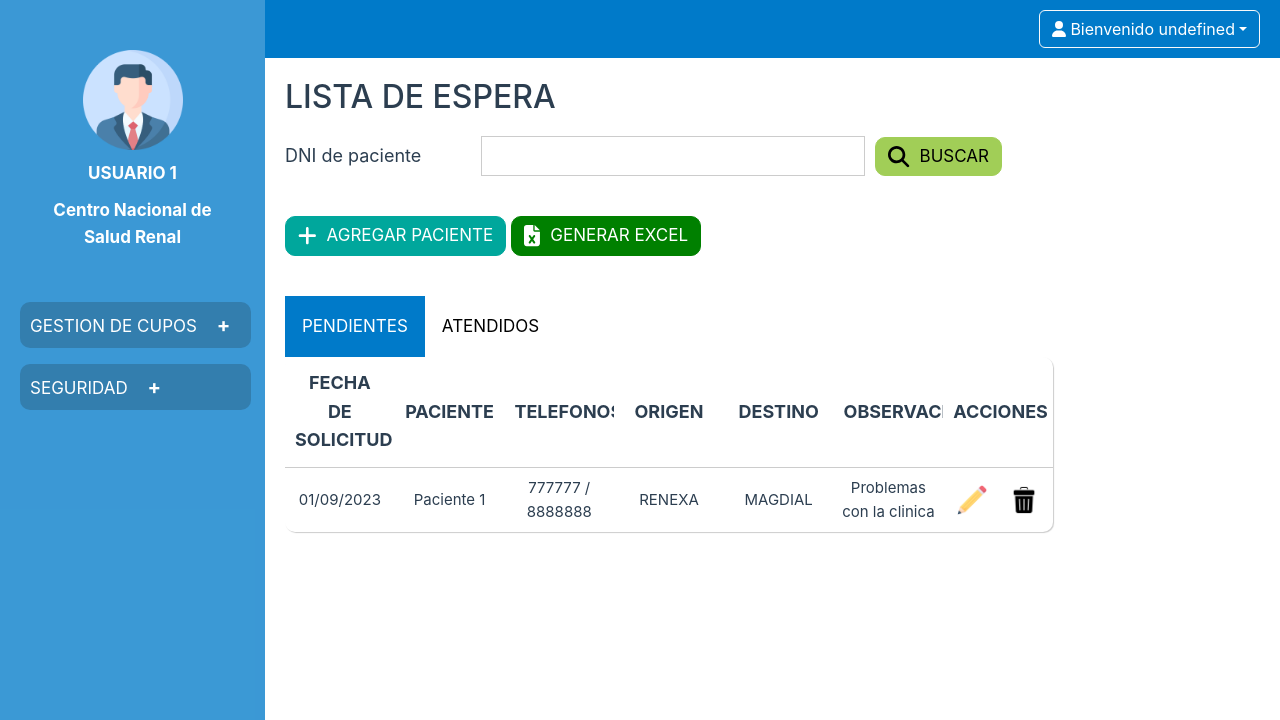
Repository: cynthiacevallos/organizadorhisar
Page: /gestion/cupos/listaespera
An editor plug-in stored every save of this project. The page is shown before and after the next save, followed by the edit.
The browser window is 1280 px wide. The pictures show the whole page.
Some web libraries are served in a nearby version. The project was rebuilt for these pictures with package versions that can differ from the ones it lists, and the page was loaded fresh each time. Also part of the build but not shown: vite.config.js, vue.config.js.

Above is the page before, as saved 2023-09-06 09:35:37.

After the next save:
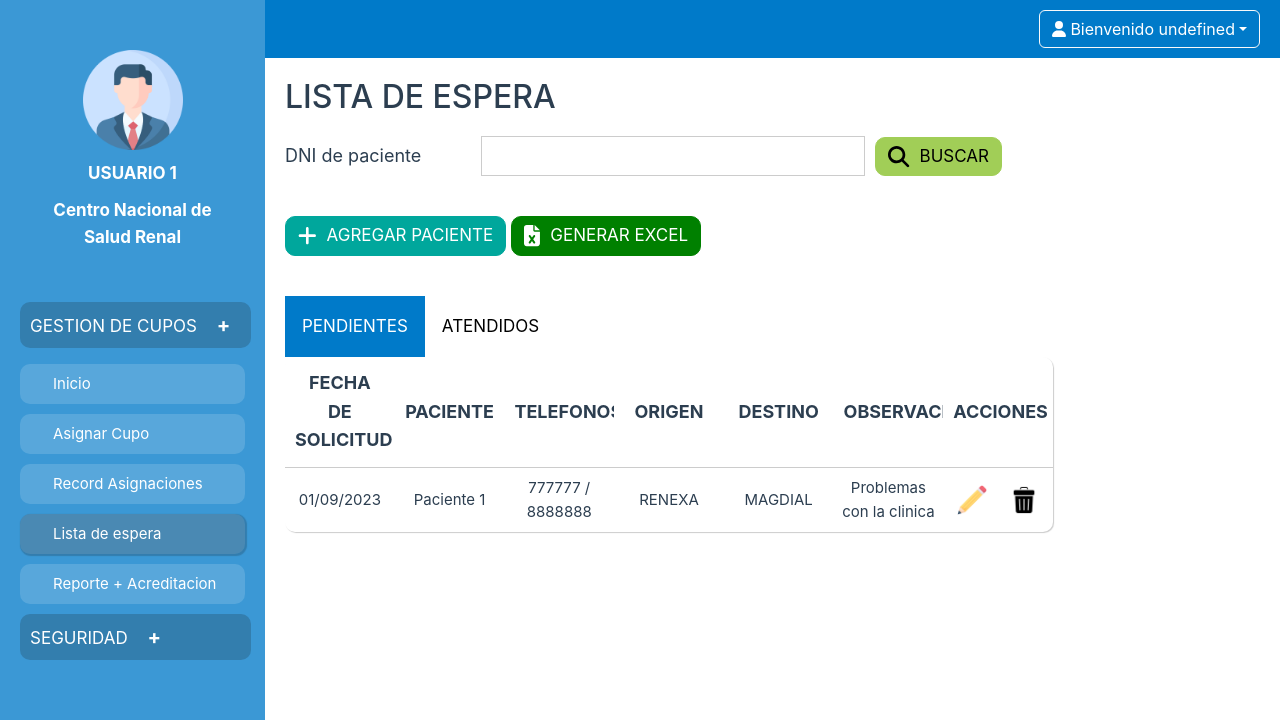
Saved 16 s later.
--- a/src/views/GestionCupos/ListaEsperaH.vue
+++ b/src/views/GestionCupos/ListaEsperaH.vue
@@ -277,7 +277,7 @@ import Select from '../../components/hisar_comp/InputSelect.vue'
 import ModalMsg from '../../components/hisar_comp/ModalMsg.vue'
 
 const arreglo = reactive([
-    {main: 'Gestion de cupos',sec:[{name:'Inicio',link:'/'},{name:'Asignar Cupo',link:'/gestion/cupos/add'},{name:'Record Asignaciones',link:'/gestion/cupos/asignaciones'},{name:'Lista de espera',link:'/gestion/cupos/listaespera'},{name:'Reporte + Acreditacion',link:'/gestion/cupos/reportes'}], done:false},
+    {main: 'Gestion de cupos',sec:[{name:'Inicio',link:'/'},{name:'Asignar Cupo',link:'/gestion/cupos/add'},{name:'Record Asignaciones',link:'/gestion/cupos/asignaciones'},{name:'Lista de espera',link:'/gestion/cupos/listaespera'},{name:'Reporte + Acreditacion',link:'/gestion/cupos/reportes'}], done:true},
     {main: 'Seguridad',sec:[{name:'Cambio de contraseña',link:'/seguridad'}],done:false}
 ])
 
